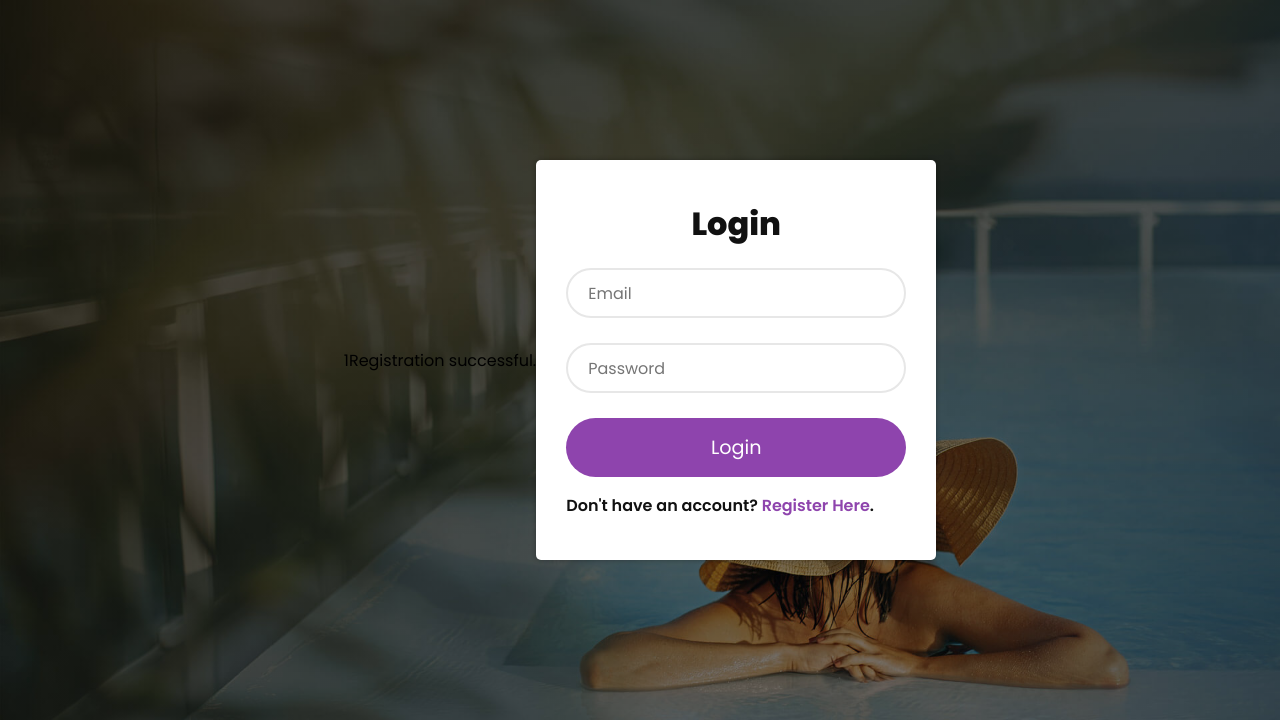
Repository: tanya2468/travel_agency
Page: http://localhost/login.php
These files come from the project's save history. The page is drawn as it stood at one moment and after the next save; the edit follows.
The browser window is 1280 px wide. The pictures show the whole page.
The page is run by PHP 8.4 with error messages shown; the project is at /var/www/html/.

Above is the page before, as saved 2024-11-12 18:46:28.

After the next save:
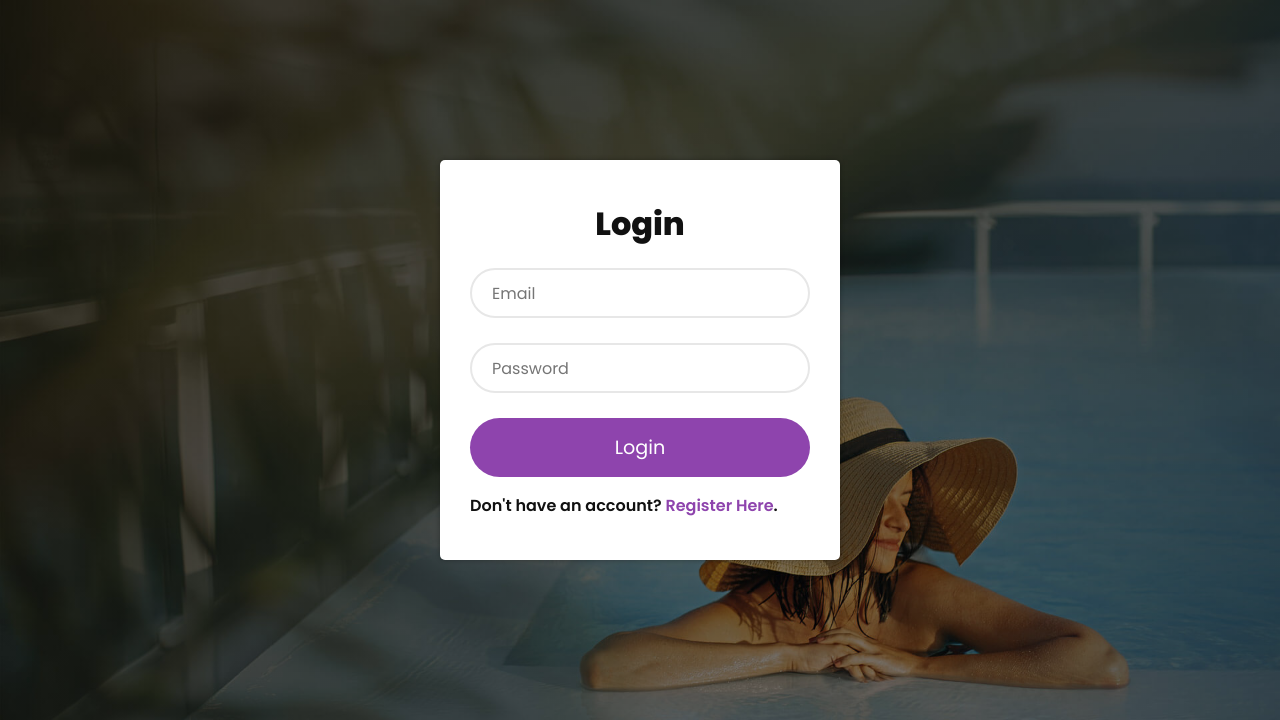
Saved 29 s later.
--- a/login.php
+++ b/login.php
@@ -1,29 +1,26 @@
 <?php
-
 include 'config.php';
-include 'connect.php';
 
 session_start();
 
 error_reporting(0);
 
+if (isset($_POST['submit'])) {
+    $email = $_POST['email'];
+    $password = md5($_POST['password']);
 
-if (isset($_POST['submit'])) {
-	$email = $_POST['email'];
-	$password = md5($_POST['password']);
+    $sql = "SELECT * FROM users WHERE email='$email' AND password='$password'";
+    $result = mysqli_query($conn, $sql);
+    if ($result->num_rows > 0) {
+        $row = mysqli_fetch_assoc($result);
+        $_SESSION['username'] = $row['username'];
+        header("Location: home.php");
+    } else {
+        echo "<script>alert('Oops! Email or Password is Wrong.')</script>";
+    }
+}
+?>
 
-	$sql = "SELECT * FROM users WHERE email='$email' AND password='$password'";
-	$result = mysqli_query($conn, $sql);
-	if ($result->num_rows > 0) {
-		$row = mysqli_fetch_assoc($result);
-		$_SESSION['username'] = $row['username'];
-		header("Location: home.php");
-	} else {
-		echo "<script>alert('Oops! Email or Password is Wrong.')</script>";
-	}
-}
-
-?>
 
 <!DOCTYPE html>
 <html>
